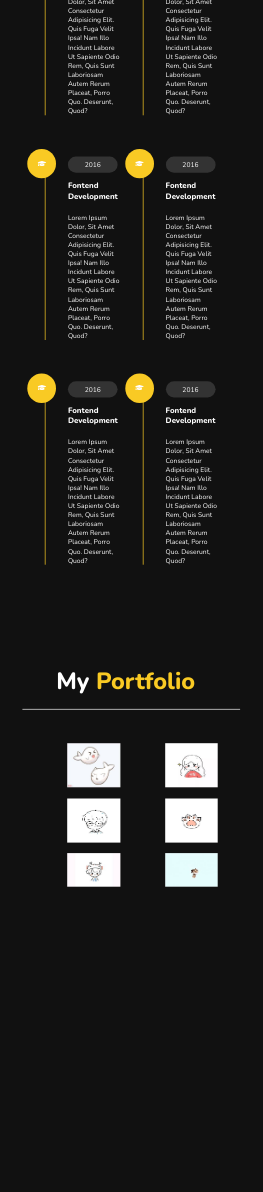
Repository: PCTai/My-profile
Page: index.html
These files come from the project's save history. The page is drawn as it stood at one moment and after the next save; the edit follows.
The browser window is 375 px wide. The pictures show the part of the page from y = 2094 to 4334 px (the page is 3797 px tall before and 4334 px after), at 70% of full size.

Above is the page before, as saved 2022-01-12 09:17:41.

After the next save:
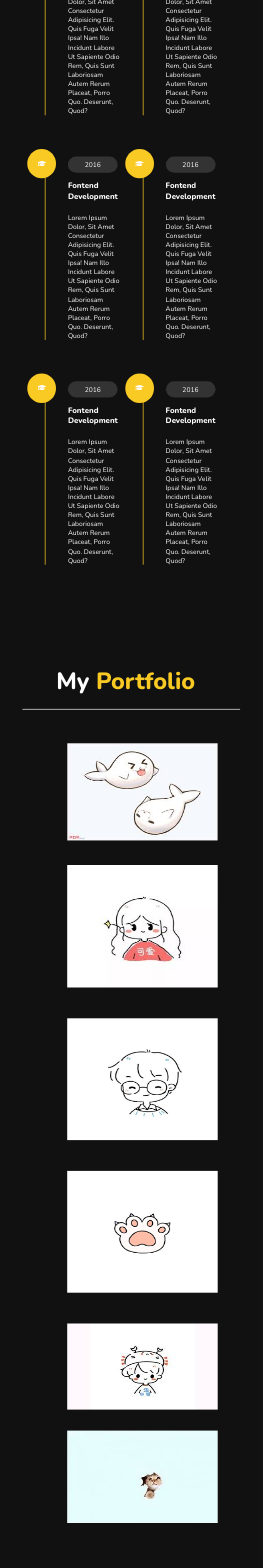
Saved 62 s later.
--- a/assets/css/reponsive.css
+++ b/assets/css/reponsive.css
@@ -82,7 +82,7 @@
     margin: 1rem 0;
     }
     .box-p{
-        flex: 100%;
+        flex: 100% !important;
     }
 }
 
